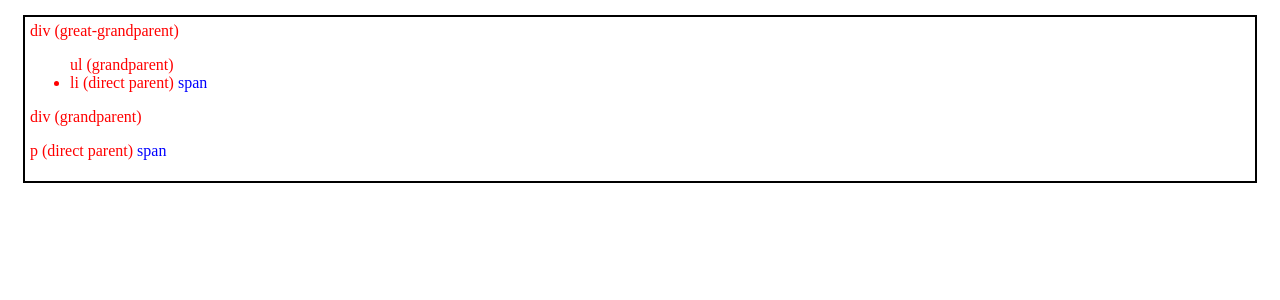
Repository: tjdwlsl/jspstudy
Page: http://localhost/JQuery_Ajax/jquery/ex15_DOM.jsp
These files come from the project's save history. The page is drawn as it stood at one moment and after the next save; the edit follows.
The browser window is 1280 px wide. The pictures show the whole page.
The page is served by Tomcat 9.

Above is the page before, as saved 2023-07-19 08:50:03.
Console error: TypeError: Cannot read properties of undefined (reading 'replace')

After the next save:
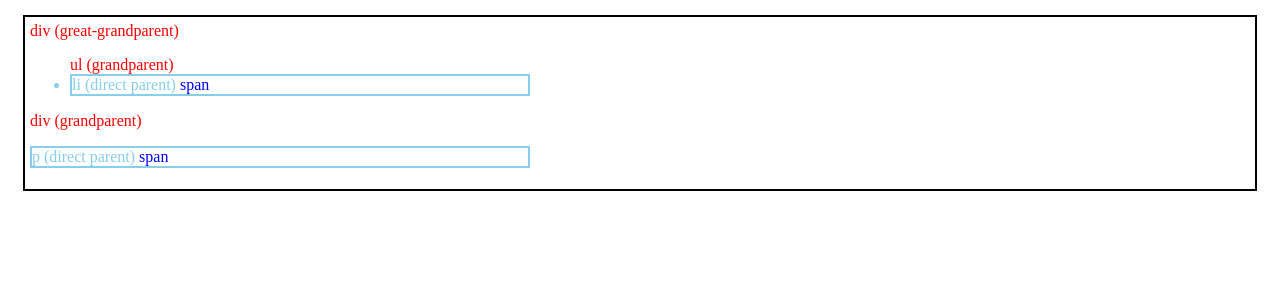
The error is gone.
Saved 53 s later.
--- a/JQuery_Ajax/src/main/webapp/jquery/ex15_DOM.jsp
+++ b/JQuery_Ajax/src/main/webapp/jquery/ex15_DOM.jsp
@@ -22,7 +22,7 @@
 //parent() 메서드는 선택한 요소의 직접적인 상위 요소를 반환함
 $(document).ready(function(){
 	$("span").css("color", "blue");
-	$("span").parent().css();
+	$("span").parent().css({"color": "skyblue", "border":"2px solid skyblue"});
 });
 </script>
 
